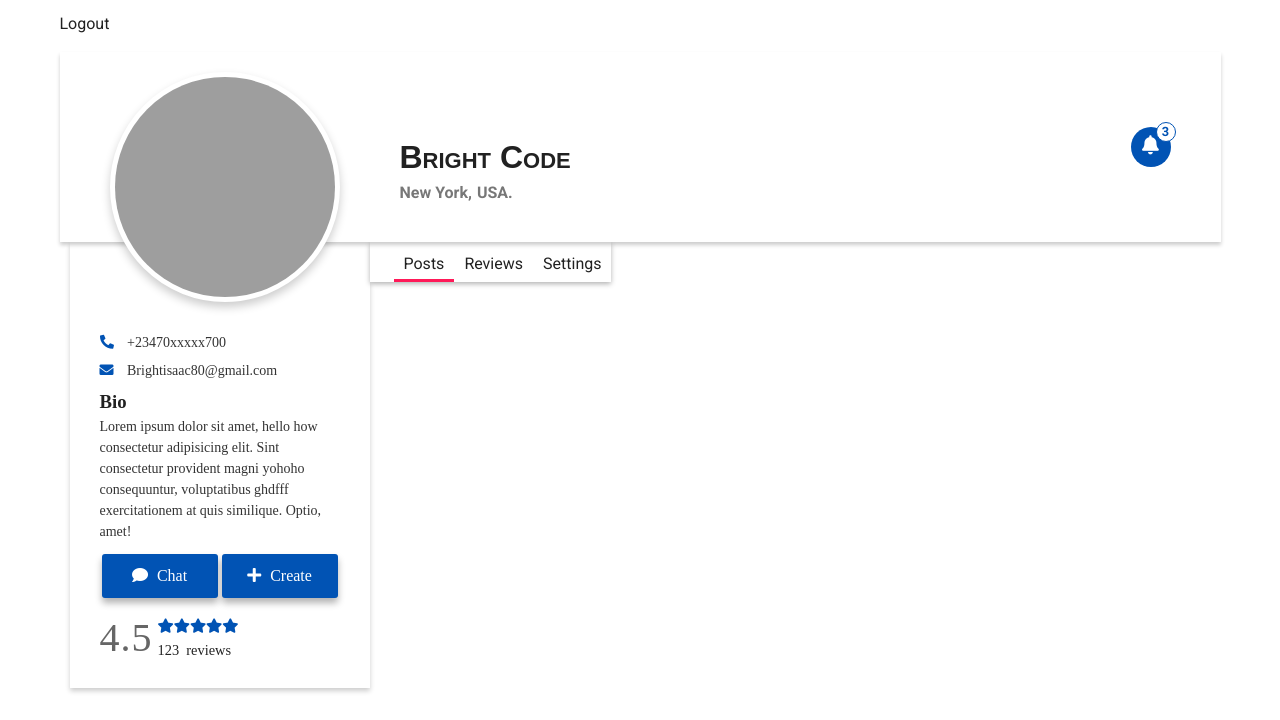
Repository: akinsikuoluwafemi/Pats_userAuth
Page: /userinfo
These files come from the project's save history. The page is drawn as it stood at one moment and after a run of saves; the edit follows.
The browser window is 1280 px wide. The pictures show the whole page.
Pictures or frames that could not be fetched are drawn as grey boxes. The project was rebuilt for these pictures with package versions that can differ from the ones it lists, and the page was loaded fresh each time. Also part of the build but not shown: vue.config.js, src/views/Home.vue, src/components/Login.vue, src/components/Signup.vue.

Above is the page before, as saved 2020-11-05 01:48:16.

After the next 2 saves:
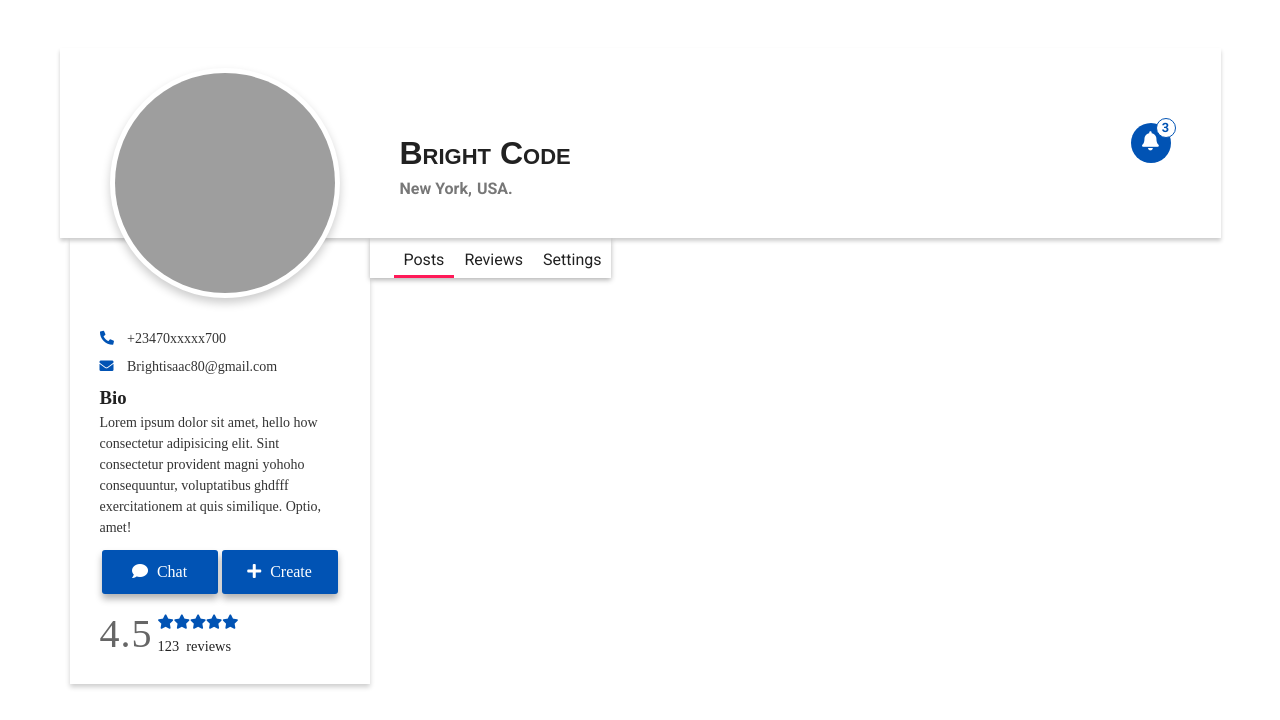
The 2 saves are shown as one change because they came seconds apart.
The last was saved 41 s later.
--- a/src/components/UserInfo.vue
+++ b/src/components/UserInfo.vue
@@ -1,6 +1,9 @@
 <template>
     <div class="container">
-    <p>Logout</p>
+    <v-btn rounded outlined="" dark @click="step++">
+                          Login
+                        </v-btn>
+
 
   <div class="profile-header">
     <div class="profile-img">
